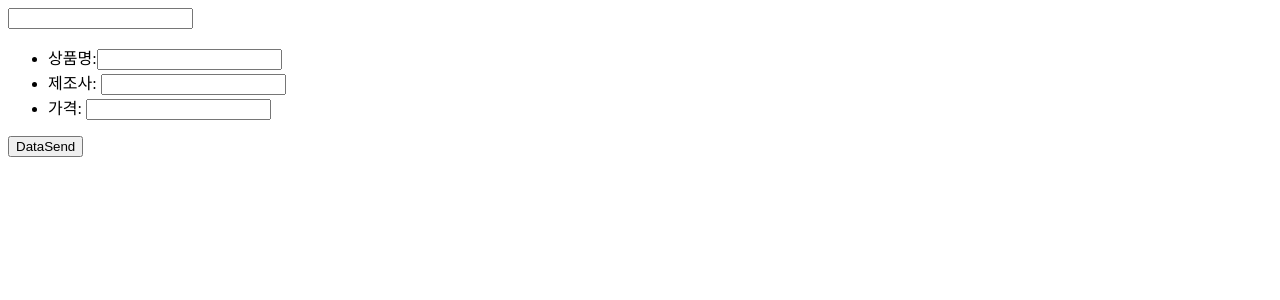
Repository: hamham1210/JavaStudy
Page: http://localhost/workshop01/form.jsp
An editor plug-in stored every save of this project. The page is shown before and after the next save, followed by the edit.
The browser window is 1280 px wide. The pictures show the whole page.
The page is served by Tomcat 9. Nobody is signed in. The application's start-up code is not run.

Above is the page before, as saved 2024-10-02 08:58:02.

After the next save:
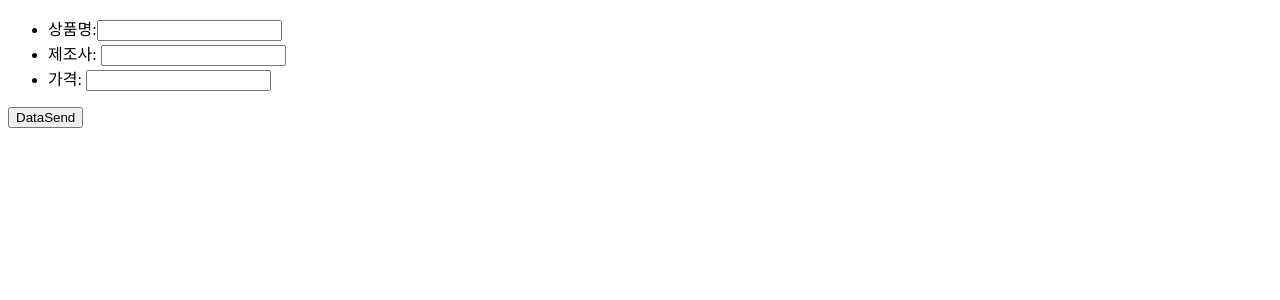
Saved 21 s later.
--- a/workshop01/src/main/webapp/form.jsp
+++ b/workshop01/src/main/webapp/form.jsp
@@ -8,12 +8,11 @@
 </head>
 <body>
 	<form action="">
-	 <input type="text"
-			id="price" name="price">
+
 				<ul>
 			<li>상품명:<input type="text" id="name" name="name"></li>
 			<li>제조사: <input type="text" id="maker" name="maker"></li>
-			<li>가격: <input type="text" name="id" id="id"></li>
+			<li>가격:  <input type="text" id="price" name="price"> </li>
 		</ul>
 			<input type="submit" value="DataSend">
 	</form>
